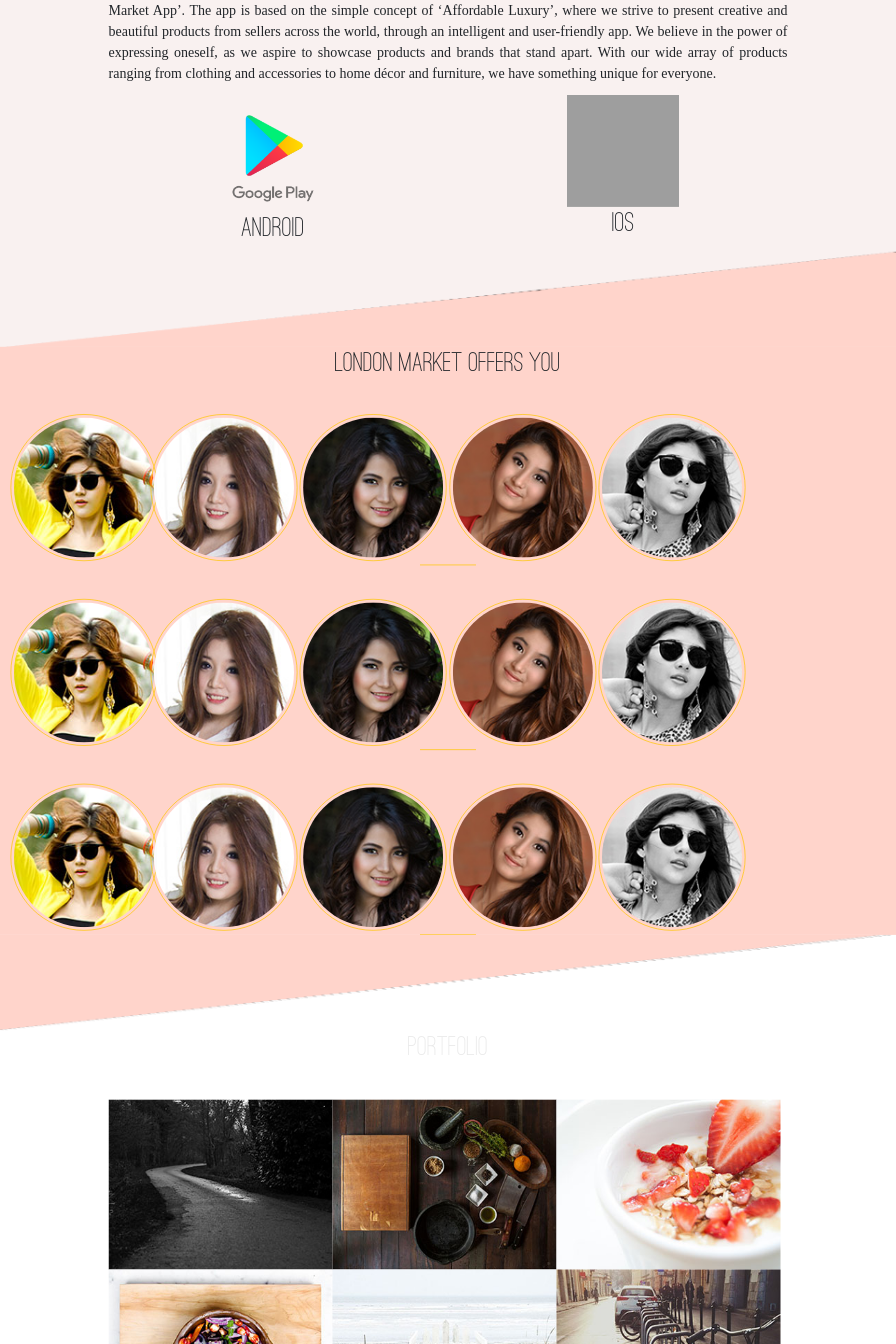
Repository: Demonster1999/newshoperrepo
Page: index.html
The author's editor kept a copy of each file at every save. The page is drawn from the files as they stood at one save, then again after a run of saves.
The browser window is 1280 px wide. The pictures show the part of the page from y = 1001 to 2921 px (the page is 4539 px tall), at 70% of full size.
Pictures or frames that could not be fetched are drawn as grey boxes. Some web libraries are served in a nearby version.

Above is the page before, as saved 2020-07-21 13:58:06.
Console error: TypeError: Cannot read properties of null (reading 'getContext')

After the next 4 saves:
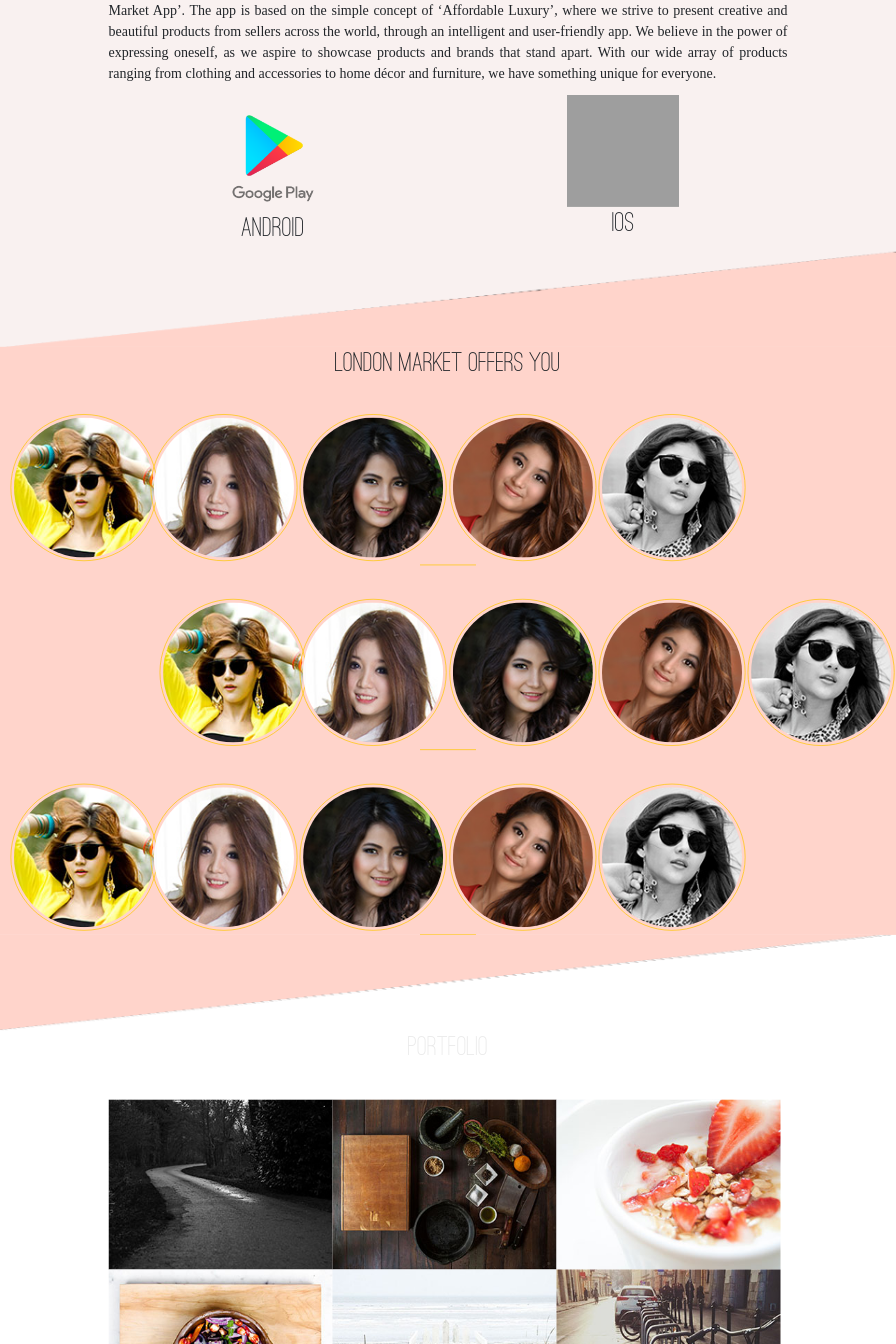
The 4 saves are shown as one change because they came seconds apart.
The last was saved 10 s later.
--- a/index.html
+++ b/index.html
@@ -202,7 +202,7 @@
 </div>
 <hr class="tm-author-name-underline">
 <div class="  row text-center mt-5 ">
-
+	<div class="col-md-2"></div>
 	<div class="col-md-2">
 		<div class="tm-img-circle-border ">
 			<img src="images/testimonials/1.jpg" alt="Testimonial 1" class="img-circle tm-img-testimonial">
